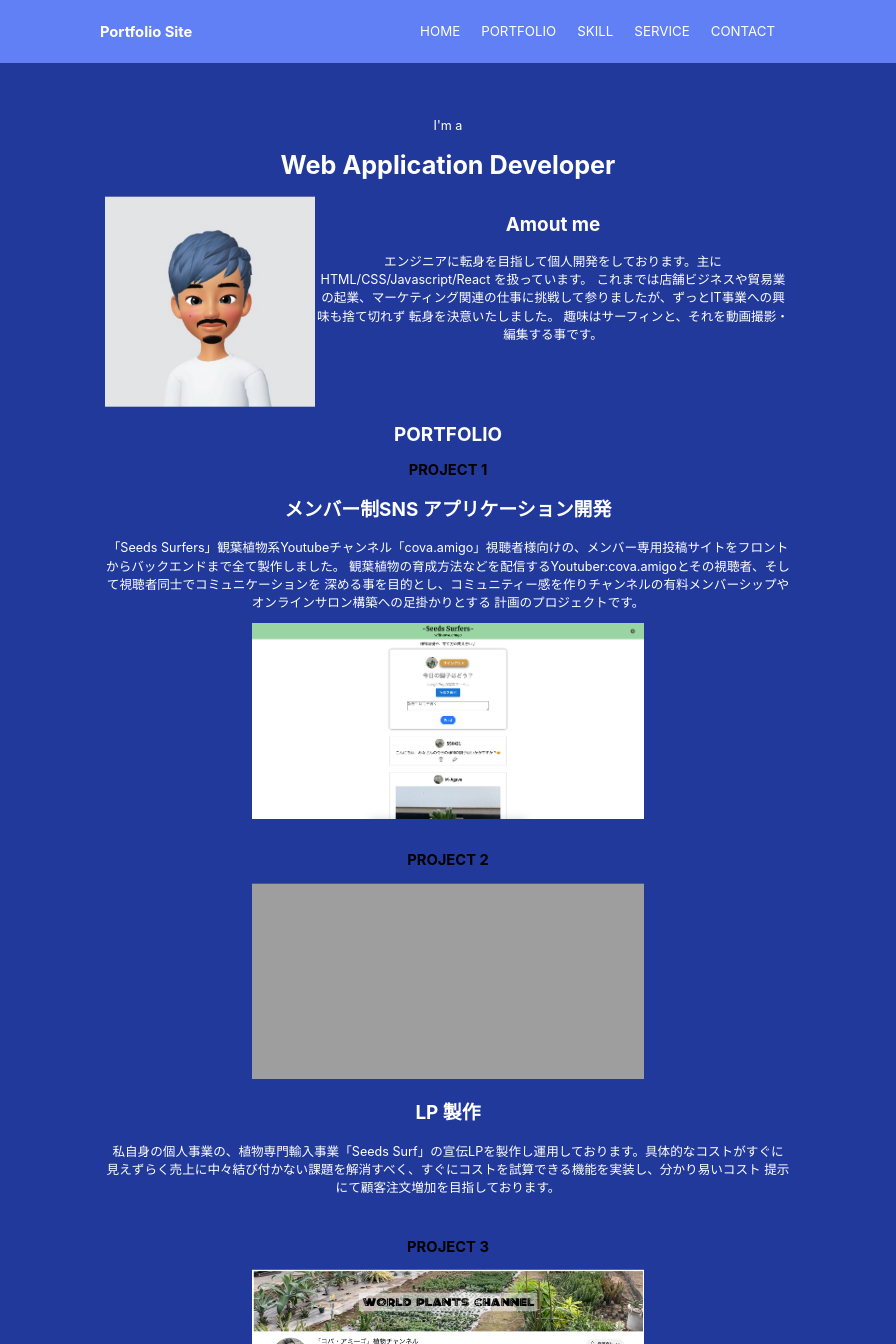
Repository: Seiya00002/my-portfolio-website2
Page: /
These files come from the project's save history. The page is drawn as it stood at one moment and after the next save; the edit follows.
The browser window is 1280 px wide. The pictures show the part of the page from y = 0 to 1920 px (the page is 3645 px tall before and 3689 px after), at 70% of full size.
Pictures or frames that could not be fetched are drawn as grey boxes. The project was rebuilt for these pictures with package versions that can differ from the ones it lists, and the page was loaded fresh each time.

Above is the page before, as saved 2023-09-23 16:45:36.

### src/index.css
body {
  margin: 0;
  font-family: -apple-system, BlinkMacSystemFont, 'Segoe UI', 'Roboto', 'Oxygen',
    'Ubuntu', 'Cantarell', 'Fira Sans', 'Droid Sans', 'Helvetica Neue',
    sans-serif;
  -webkit-font-smoothing: antialiased;
  -moz-osx-font-smoothing: grayscale;
  background-color: rgb(33, 57, 155);
}

code {
  font-family: source-code-pro, Menlo, Monaco, Consolas, 'Courier New',
    monospace;
}

### src/App.tsx
import React from 'react';
import logo from './logo.svg';
import './App.css';
import Header from './Components/Header';
import Homepage from './Components/Homepage';
import Footer from './Components/Footer';

function App() {
  return (
    <div className="App">
      <Header />
      <Homepage />
      <Footer />
    </div>
  );
}

export default App;

### src/App.css
.App {
  text-align: center;
  font-size: 18px;
  height: 100vh;
  width: 100%;
}

h1, h2, p {
  color: white;
}

.header {
  height: 90px;
  display: flex;
  justify-content: space-around;
  align-items: center;
  width: 100%;
  color: white;
  position: fixed;
  background-color: rgb(98, 128, 246);
  z-index: 10;
}

nav ul li {
  list-style: none;
  display: inline-block;
  margin-right: 30px;
}

nav ul li a {
  font-size: 19px;
  color: white;
  text-decoration: none;
  transition: all 0.2s;
}

nav ul li a:hover {
  color: rgb(36, 89, 250);
}

.container {
  padding: 150px;
}

#about-me {
  display: flex;
  width: 100%;
}

.about-me img {
  height: 300px;
  width: 300px;
}

.left-contents img {
  width: 560px;
  height: 280px;
}

.tech-icon {
  width: 80px;
  height: 80px;
}

.tech-icon img {
  width: 100%;
  height: 100%;

}

.skill-section {
  display: flex;
}

.service-title img {
  width: 50px;
  height: 50px;
}

.footer {
  height: 110px;
  width: 100%;
  justify-content: center;
  align-items: center;
  background-color: rgb(113, 135, 246);
}

### src/Components/Header.tsx
import React from 'react'

const Header = () => {
  return (
    <div className='header'>
        <h3>Portfolio Site</h3>
        <nav>
            <ul>
                <li>
                    <a href='#top'>HOME</a>
                </li>
                <li>
                    <a href='#portfolio'>PORTFOLIO</a>
                </li>
                <li>
                    <a href='#skill'>SKILL</a>
                </li>
                <li>
                    <a href='#service'>SERVICE</a>
                </li>
                <li>
                    <a href='#contact'>CONTACT</a>
                </li>
            </ul>
        </nav>
    </div>
  )
}

export default Header

### src/Components/Homepage.tsx
import React from 'react'

const Homepage = () => {
  return (
    <div className='container'>
        <p className='title'>I'm a</p>
        <h1>Web Application Developer</h1>
        <div className='about-me' id='about-me'>
            <img src='/image/m-drawing.jpg' alt='profile-image' />
            <div className='right-contents'>
                <h2>Amout me</h2>
                <p>エンジニアに転身を目指して個人開発をしております。主にHTML/CSS/Javascript/React を扱っています。
                これまでは店舗ビジネスや貿易業の起業、マーケティング関連の仕事に挑戦して参りましたが、ずっとIT事業への興味も捨て切れず
                転身を決意いたしました。
                趣味はサーフィンと、それを動画撮影・編集する事です。</p>
            </div>
        </div>

        <div id='portfolio'>
            <h2>PORTFOLIO</h2>
            <div className='project'>
                <div className='left-contents'>
                    <h3>PROJECT 1</h3>
                    <h2>メンバー制SNS アプリケーション開発</h2>
                    <p>「Seeds Surfers」観葉植物系Youtubeチャンネル「cova.amigo」視聴者様向けの、メンバー専用投稿サイトをフロント
                        からバックエンドまで全て製作しました。
                        観葉植物の育成方法などを配信するYoutuber:cova.amigoとその視聴者、そして視聴者同士でコミュニケーションを
                        深める事を目的とし、コミュニティー感を作りチャンネルの有料メンバーシップやオンラインサロン構築への足掛かりとする
                        計画のプロジェクトです。
                    </p>
                    <img src='/image/seeds-surfers-image.png'
                    alt='Seeds-Surfers-image'
                    />
                </div>
                <img src='' alt=''/>
            </div>
            <div className='project'>
                <div className='left-contents'>
                    <h3>PROJECT 2</h3>
                    <img src='/image/seeds-surf-lp-image.png'
                    alt='Seeds-Surf-lp-image'
                    />
                    <h2>LP 製作</h2>
                    <p>私自身の個人事業の、植物専門輸入事業「Seeds Surf」の宣伝LPを製作し運用しております。具体的なコストがすぐに
                        見えずらく売上に中々結び付かない課題を解消すべく、すぐにコストを試算できる機能を実装し、分かり易いコスト
                        提示にて顧客注文増加を目指しております。
                    </p>
                </div>
                <img src='' alt=''/>
            </div>
            <div className='project'>
                <div className='left-contents'>
                    <h3>PROJECT 3</h3>
                    <img src='/image/youtube-image.png'
                    alt='movie-project-image'
                    />
                    <h2>動画製作</h2>
                    <p>Youtubeチャンネルを立ち上げから、撮影、編集、分析を含む運営を約2年間行いました。チャンネル登録者は約8千人、
                        販売売上80%増を達成しました。ニッチな分野のジャンルで、無名の状態から業界では知られた存在となり、人気を
                        獲得し売り上げにつながりました。テレビ風の面白おかしい、サボテン系植物の解説系動画チャンネルです。
                    </p>
                </div>
                <img src='' alt=''/>
            </div>

        </div>

        <div id='skill'>
            <h2>SKILL</h2>
            <div className='skill-section'>
                <div className='tech-icon'>
                    <img src='/image/html-5-icon.svg' />
                    <p>HTML</p>
                </div>
                <div className='tech-icon'>
                    <img src='/image/css-3-icon.svg' />
                    <p>CSS</p>
                </div>
                <div className='tech-icon'>
                    <img src='/image/javascript-icon.svg' />
                    <p>Javascript</p>
                </div>
                <div className='tech-icon'>
                    <img src='/image/react-icon.svg' />
                    <p>React.JS</p>
                </div>
                <div className='tech-icon'>
                    <img src='/image/typescript-icon.svg' />
                    <p>Typescript</p>
                </div>
                <div className='tech-icon'>
                    <img src='/image/firebase-icon.svg' />
                    <p>Firebase</p>
                </div>
                <div className='tech-icon'>
                    <img src='/image/nodejs-icon.svg' />
                    <p>Node.JS</p>
                </div>
                <div className='tech-icon'>
                    <img src='/image/adobe-premiere-icon.svg' />
                    <p>Adobe preiere pro</p>
                </div>
            </div>
        </div>

        <div id='service'>
            <h2>SERVICE</h2>
            <div className='service-description'>
                <div className='service-box'>
                    <div className='service-title'>
                        <img src='/image/memo-app-icon.svg' />
                        <h2>Web Application 開発</h2>
                    </div>
                    <p>Javascript, React.js を用いたSNS等のWEBアプリケーションの開発</p>
                </div>
                <div className='service-box'>
                <div className='service-title'>
                        <img src='/image/memo-app-icon.svg' />
                        <h2>Website 開発</h2>
                    </div>
                    <p>Javascriptを用いた機能付きのWebサイトや、React.jsによる本格的なWebサイトをHTML,CSSの編集を含めご対応いたします。</p>
                </div>
                <div className='service-box'>
                <div className='service-title'>
                        <img src='/image/memo-app-icon.svg' />
                        <h2>Web Marketing support</h2>
                    </div>
                    <p>LP製作から、Web広告、SNS運用、そしてマーケティング戦略立案をサポートいたします。</p>
                </div>
                <div className='service-box'>
                <div className='service-title'>
                        <img src='/image/memo-app-icon.svg' />
                        <h2>動画製作</h2>
                    </div>
                    <p>Youtube, SNS向け動画製作の企画、撮影、編集作業を行なっております。Adobe premiere pro, filmoraソフトご対応しております。</p>
                </div>
            </div>
        </div>
        <div id='contact'>
            <h2>CONTACT</h2>
        </div>

    </div>
  )
}

export default Homepage

### src/Components/Footer.tsx
import React from 'react'

const Footer = () => {
  return (
        <div className='footer'>
            <p>CopyRight@Matsumoto</p>
        </div>  )
}

export default Footer

Loaded but not shown: public/index.html (common file); src/index.tsx (common file); src/reportWebVitals.ts (common file)

After the next save:
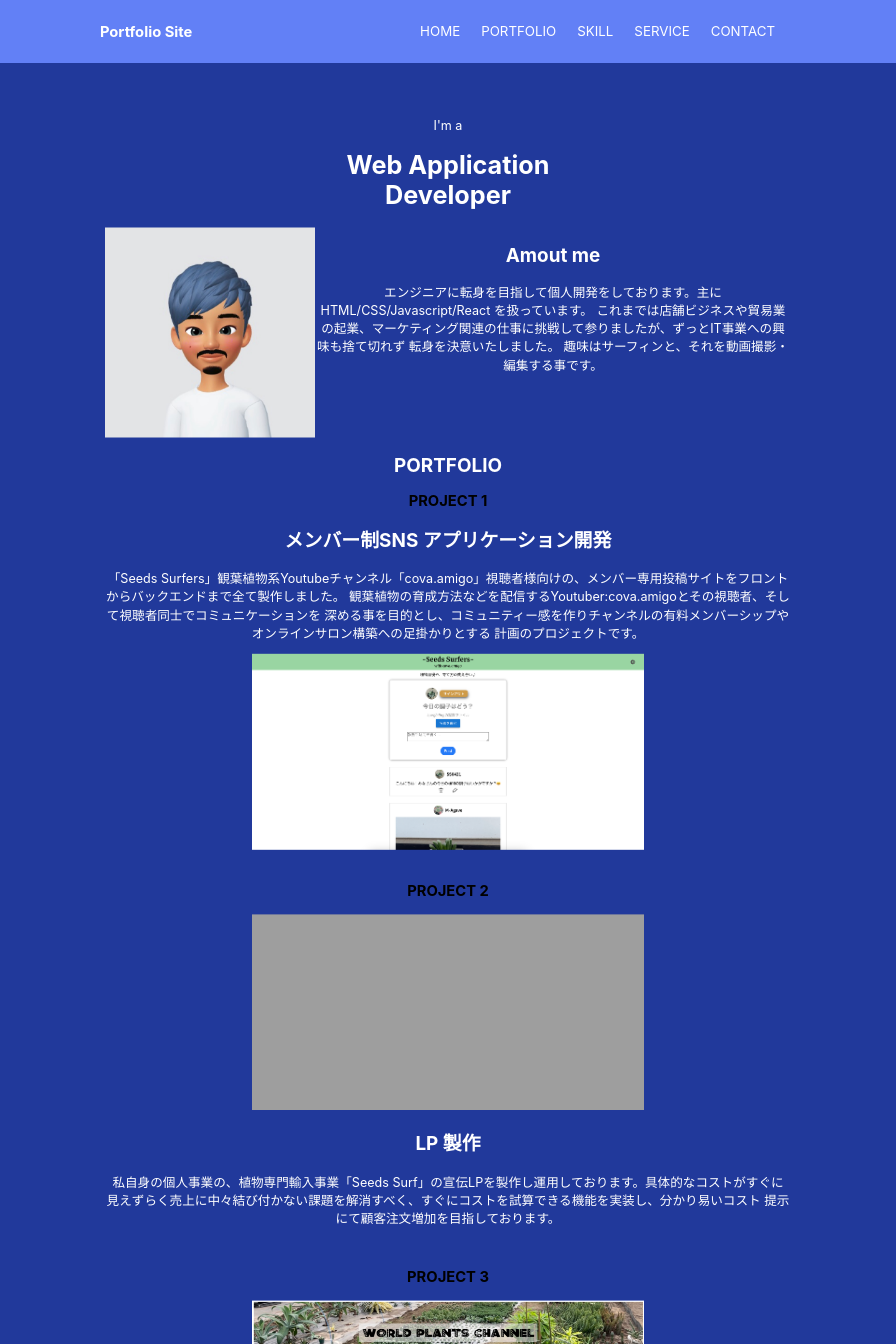
Saved 15 s later.
--- a/src/Components/Homepage.tsx
+++ b/src/Components/Homepage.tsx
@@ -4,7 +4,7 @@
   return (
     <div className='container'>
         <p className='title'>I'm a</p>
-        <h1>Web Application Developer</h1>
+        <h1>Web Application<br></br> Developer</h1>
         <div className='about-me' id='about-me'>
             <img src='/image/m-drawing.jpg' alt='profile-image' />
             <div className='right-contents'>
